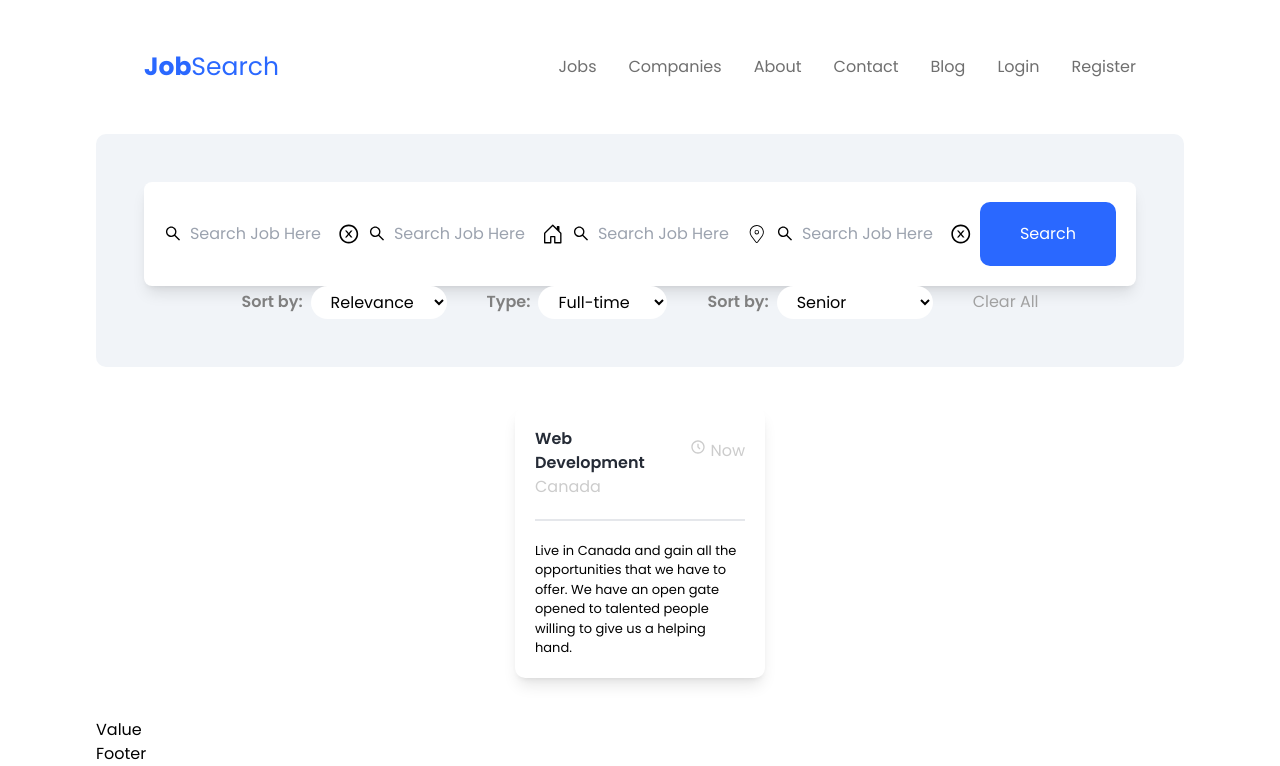
Repository: countaustin1990/Job-Search-website
Page: / (app in vite-project/)
The author's editor kept a copy of each file at every save. The page is drawn from the files as they stood at one save, then again after the next save.
The browser window is 1280 px wide. The pictures show the whole page.
The project was rebuilt for these pictures with package versions that can differ from the ones it lists, and the page was loaded fresh each time. Also part of the build but not shown: vite-project/vite.config.js.

Above is the page before, as saved 2023-08-13 13:31:57.

After the next save:
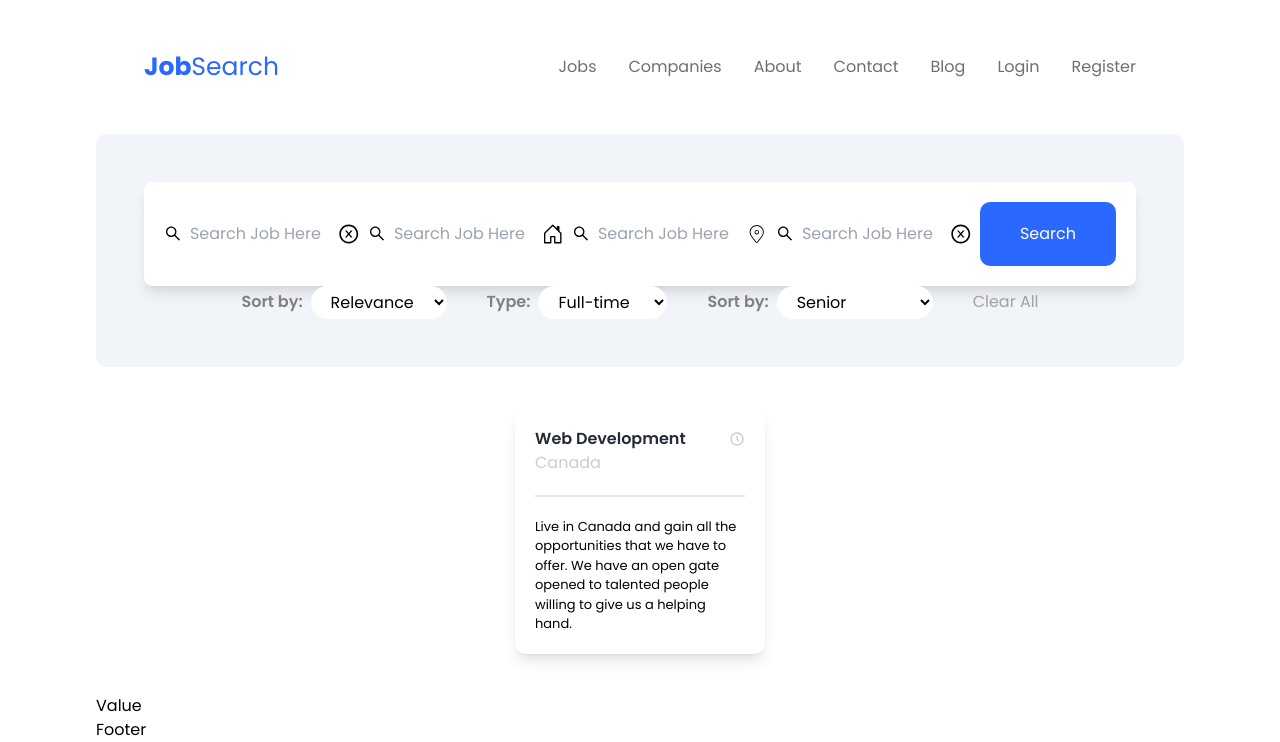
Saved 2 min 3 s later.
--- a/vite-project/src/components/Job.jsx
+++ b/vite-project/src/components/Job.jsx
@@ -13,7 +13,7 @@
                         <h1 className='text-[16px] font-semibold text-textColor group-hover:text-white'>Web Development</h1>
 
                         <span className='flex item-center text-[#ccc] gap-1'>
-                            <BiTimeFive/>Now
+                            <BiTimeFive>Now</BiTimeFive>
                         </span>
                     </span>
 

After the save that followed:
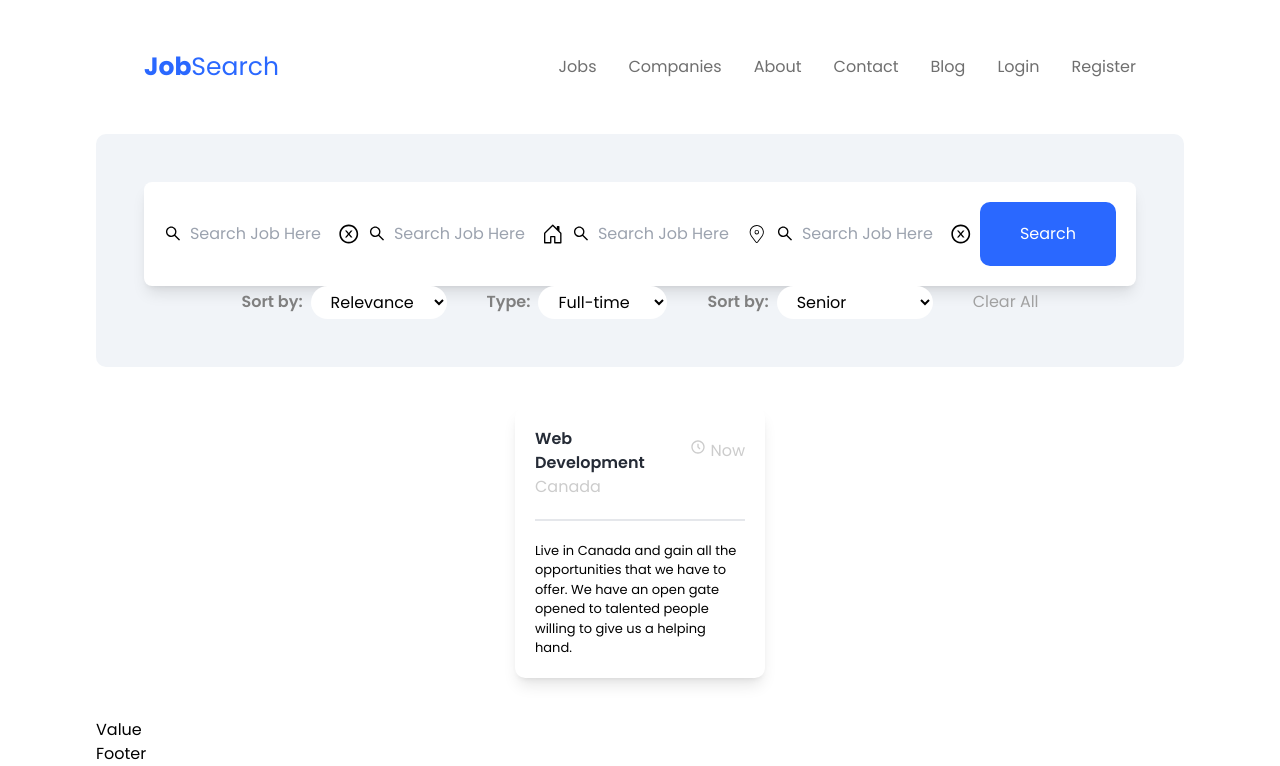
Saved 29 s later.
--- a/vite-project/src/components/Job.jsx
+++ b/vite-project/src/components/Job.jsx
@@ -13,7 +13,7 @@
                         <h1 className='text-[16px] font-semibold text-textColor group-hover:text-white'>Web Development</h1>
 
                         <span className='flex item-center text-[#ccc] gap-1'>
-                            <BiTimeFive>Now</BiTimeFive>
+                            <BiTimeFive></BiTimeFive>Now
                         </span>
                     </span>
 
